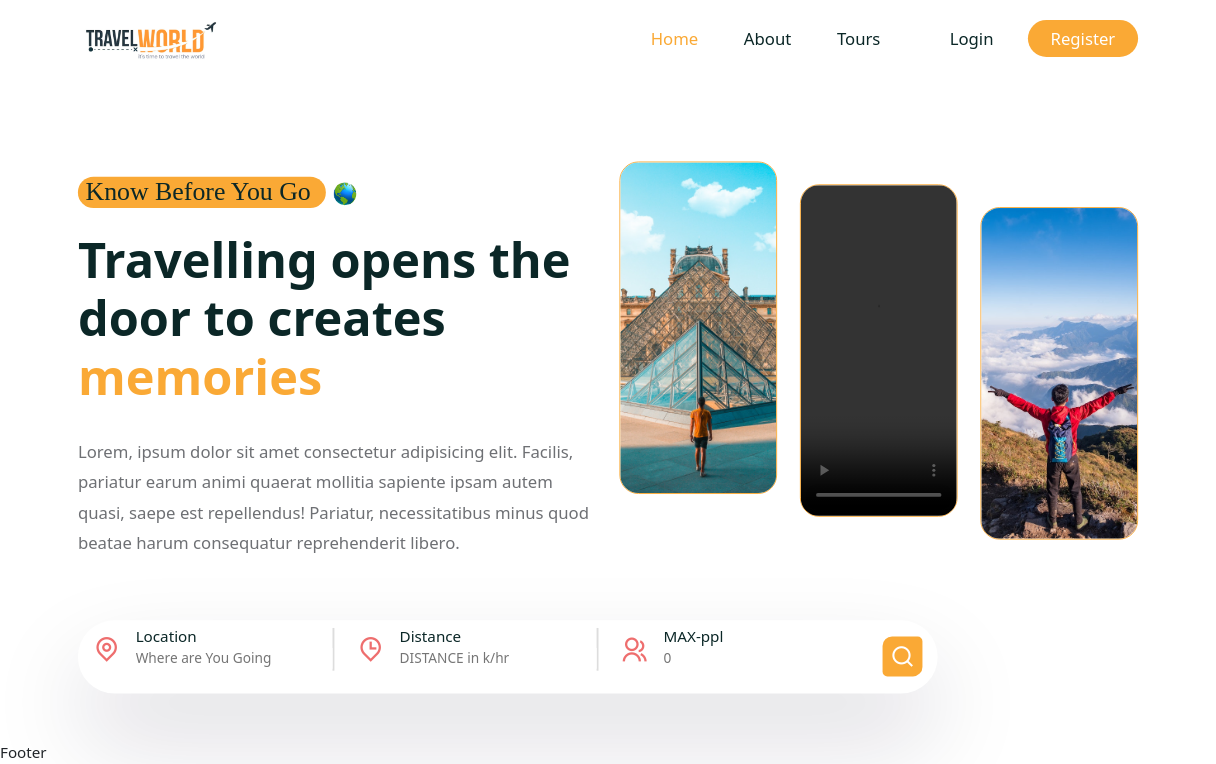
Repository: remydev47/travell-agency
Page: /
The author's editor kept a copy of each file at every save. The page is drawn from the files as they stood at one save, then again after the next save.
The browser window is 1280 px wide. The pictures show the whole page, at 95% of full size.
Pictures or frames that could not be fetched are drawn as grey boxes. Some web fonts or font styles are not loaded; a fallback is used. The project was rebuilt for these pictures with package versions that can differ from the ones it lists, and the page was loaded fresh each time. Also part of the build but not shown: vite.config.js, src/pages/Login.jsx, src/pages/TourDetails.jsx, src/pages/Tours.jsx, src/pages/SearchResultList.jsx, src/pages/Register.jsx. Imported but missing from the stored project, and not drawn on this page: src/assets/images/hero-video.mp4.

Above is the page before, as saved 2023-02-02 11:31:05.

### src/main.jsx
import React from 'react'
import ReactDOM from 'react-dom/client'
import App from './App'
import "bootstrap/dist/css/bootstrap.min.css";
import "remixicon/fonts/remixicon.css";
import "slick-carousel/slick/slick.css";
import "slick-carousel/slick/slick-theme.css";
import { BrowserRouter } from 'react-router-dom';

ReactDOM.createRoot(document.getElementById('root')).render(
  <React.StrictMode>
    <BrowserRouter>
      <App />
    </BrowserRouter>
  </React.StrictMode>,
)

### src/App.jsx
import { useState } from 'react'
import './App.css'
import Layout from './components/Layout/Layout'

function App() {
  return (
    <>
      <Layout />
    </>
  )
}

export default App

### src/components/Layout/Layout.jsx
import React from 'react';
import Header from '../Header/Header';
import Footer from '../Footer/Footer';
import Routers from '../../router/Routers';

const Layout = () => {
  return (
   <>
     <Header />
     <Routers />
     <Footer />
   </>
  )
}

export default Layout

### src/components/Header/Header.jsx
import React from 'react';
import { Container, Row, Button } from 'reactstrap';
import { NavLink, Link  } from 'react-router-dom';
import logo from "../../assets/images/logo.png";
import './header.css';

const nav__links=[
  {
    path:'/home',
    display: 'Home'
  },
  {
    path:'/about',
    display: 'About'
  },
  {
    path:'/tours',
    display: 'Tours'
  },
]

const Header = () => {
  return (
    <header className="header">
      <Container>
        <Row>
          <div className="nav__wrapper d-flex align-items-center
           justify-content-between ">
            {/* Logo start */}
            <div className="logo">
              <img src={logo} />
            </div>
            {/* Logo ends */}

            {/* menu starts */}
            <div className="navigation">
              <ul className="menu d-flex align-items-center gap-5">
                {nav__links.map((item, index) => (
                  <li className="nav__item" key={index}>
                    <NavLink
                     to={item.path}
                     className={navClass=> navClass.isActive ? 'active__link' : ''}
                     >
                      {item.display}
                    </NavLink>
                  </li>
                ))}
              </ul>
            </div>
            {/* menu ends */}

            <div className="nav__right d-flex align-items-center gap-4">
              <div className="nav__btns d-flex align-items-center gap-4">
                <Button className='btn secondary__btn '>
                  <Link to="/login">Login</Link>
                </Button>

                <Button className='btn primary__btn '>
                  <Link to="/register">Register</Link>
                </Button>
              </div>
            </div>

          </div>
        </Row>
      </Container>
    </header>
  )
}

export default Header

### src/router/Routers.js
import React from 'react';
import { Routes, Route, Navigate } from 'react-router-dom';

import { SearchResultList, Tours, TourDetails, Login, Register, Home } from '../pages';

const Routers = () => {
  return (
    <Routes>
        <Route path="/" element={<Navigate to='/home' />} />
        <Route path="/home" element={<Home />} />
        <Route path="/tours" element={<Tours />} />
        <Route path="/tours:id" element={<TourDetails />} />
        <Route path="/login" element={<Login />} />
        <Route path="/register" element={<Register />} />
        <Route path="/tours/search" element={<SearchResultList />} />
    </Routes>
  )
}

export default Routers

### src/components/Header/header.css
.header{
    width: 100%;
    height: 80px;
    line-height: 80px;
}

.logo img{
    width: 30%;
}

.menu{
    margin-bottom: 0;
}

.nav__item a{
    text-decoration: none;
    color: var(--heading-color);
    font-weight: 500;
    font-size: 1.1rem;
}

.nav__item a:hover{
    color: inherit;
}

.nav__item a.active__link{
    color: var(--secondary-color);
}

.mobile__menu{
    font-size: 1.3rem;
    color: var(--heading-color);
    display: none;
}

.stick__header{
    width: 100%;
    height: 80px;
    line-height: 80px;
    background: #fff;
    position: sticky;
    top: 0;
    left: 0;
    box-shadow: 3ps 3px 8px #ddd;
    z-index: 999;
}

### src/pages/index.js
import Home from "./Home"
import Login from "./Login";
import TourDetails from "./TourDetails";
import Tours from "./Tours";
import SearchResultList from "./SearchResultList";
import Register from "./Register";

export {
    Home, Tours, TourDetails, Login, SearchResultList, Register
}

### src/pages/Home.jsx
import React from 'react';
import '../styles/home.css';
import  { Container, Row, Col } from 'reactstrap';
import heroImg from '../assets/images/hero-img01.jpg';
import heroImg02 from '../assets/images/hero-img02.jpg';
import heroVideo from '../assets/images/hero-video.mp4';
import worldImg from '../assets/images/world.png'
import Subtitle from '../shared/Subtitle';
import SearchBar from '../shared/SearchBar';

const Home = () => {
  return (
    <>
     <section>
      <Container>
        <Row>
          <Col lg="6">
            <div className='hero__content'>
              <div className="hero__subtitle d-flex align-items-center">
                <Subtitle subtitle={'Know Before You Go'}/>
                <img src={worldImg} alt=''/>
              </div>
              <h1>Travelling opens the door to creates <span className="highlight">memories</span> </h1>
              <p className="">Lorem, ipsum dolor sit amet consectetur adipisicing elit. Facilis, pariatur earum animi quaerat mollitia sapiente ipsam autem quasi, saepe est repellendus! Pariatur, necessitatibus minus quod beatae harum consequatur reprehenderit libero.</p>
            </div>
          </Col>

          <Col lg='2'>
            <div className="hero__img-box">
              <img src={heroImg} alt=''/>
            </div>
          </Col>

          <Col lg='2'>
            <div className="hero__img-box mt-4">
              <video src={heroVideo} alt='' controls/>
            </div>
          </Col>

          <Col lg='2'>
            <div className="hero__img-box mt-5">
              <img src={heroImg02} alt=''/>
            </div>
          </Col>

          <SearchBar />

        </Row>
      </Container>
     </section>
    </>
  )
}

export default Home

### src/styles/home.css
.hero__subtitle img{
    width: 2.5rem;
    height: 2.5rem;
}

.hero__content h1{
    font-size: 3.2rem;
    font-weight: 600;
    margin-top: 1rem;
    margin-bottom: 2rem;
    color: var(--heading-color);
}

.hero__content h1 .highlight{
    color: var(--secondary-color);
}

.hero__content p{
    font-size: 1.1rem;
    color: var(--text-color);
    line-height: 2rem;
}

.hero__img-box img,
.hero__img-box video {
    width: 100%;
    height: 350px;
    border-radius: 20px;
    border: 1px solid var(--secondary-color);
    object-fit: cover;
}

.hero__content{
    padding-top: 3.5rem;
}

.hero__img-box{
    padding-top: 2.5rem;
}

### src/shared/Subtitle.jsx
import React from 'react'

const Subtitle = ({ subtitle }) => {
  return (
    <h3 className='section__subtitle'>{subtitle}</h3>
  )
}

export default Subtitle

### src/shared/SearchBar.jsx
import React, { useRef } from 'react'
import './search-bar.css'
import { Col, Form, FormGroup } from 'reactstrap'

const SearchBar = () => {
    const locationRef = useRef('');
    const distanceRef = useRef(0);
    const maxGroupSizeRef = useRef(0);

    const searchHandler = () =>{
        const location = locationRef.current.value
        const distance = distanceRef.current.value
        const maxGroupSize = maxGroupSizeRef.current.value

        if (location === "" || distance === "" || maxGroupSize === "") {
            return alert('All fields are required')
        }
    }


  return (
    <Col lg='12'>
        <div className="search__bar">
            <Form className='d-flex align-items-center gap-4'>
                <FormGroup className='d-flex gap-3 form__group form__group-fast'>
                    <span><i class="ri-map-pin-line"></i></span>
                    <div>
                        <h6>Location</h6>
                        <input type="text" placeholder="Where are You Going" ref={locationRef}/>
                    </div>
                </FormGroup>

                <FormGroup className='d-flex gap-3 form__group form__group-fast'>
                    <span><i class="ri-map-pin-time-line"></i></span>
                    <div>
                        <h6>Distance</h6>
                        <input type="number" placeholder="DISTANCE in k/hr" ref={distanceRef}/>
                    </div>
                </FormGroup>

                <FormGroup className='d-flex gap-3 form__group form__group-last'>
                    <span><i class="ri-group-line"></i></span>
                    <div>
                        <h6>MAX-ppl</h6>
                        <input type="number" placeholder="0" ref={maxGroupSizeRef}/>
                    </div>
                </FormGroup>

                <span className="search__icon" type="submit" onClick={searchHandler}>
                    <i class='ri-search-line'></i>
                </span>
            </Form>
        </div>
    </Col>
  )
}

export default SearchBar

### src/shared/search-bar.css
.search__bar{
    padding: 0.5rem 1rem;
    border-radius: 50px;
    box-shadow: rgba(17, 12, 46, 0.15) 0px 48px 100px 0px;
    width: max-content;
    margin-top: 50px;
}

.form__group span{
    font-size: 1.8rem;
    color:#ee6e6e ;
}

.form__group input {
    border: none;
    font-size: 0.9rem;
    color: var(--heading-color);
}

.form__group input:focus{
    outline: none;
}

.form__group h6{
    margin-bottom: 0;
}

.form__group-fast{
    border-right: 2px solid #ddd;
}

.search__icon i{
    font-size: 1.6rem;
    padding: 0.5rem;
    background: var(--secondary-color);
    color: #fff;
    border-radius: 10px 5px  10px 5px;
    cursor: pointer;
}

Loaded but not shown: index.html (common file); src/App.css (common file); src/components/Footer/Footer.jsx (common file)

After the next save:
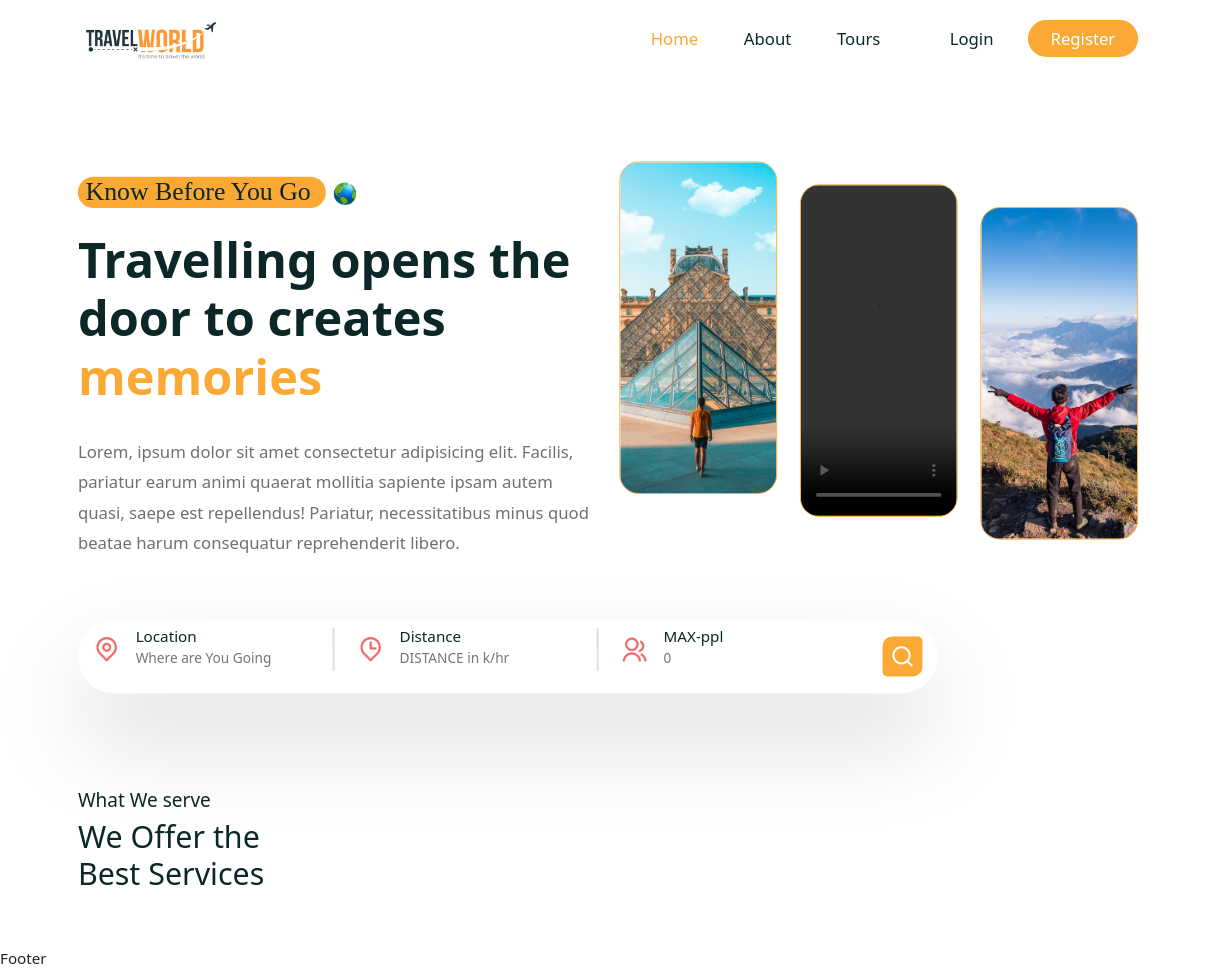
Saved 4 min 11 s later.
--- a/src/pages/Home.jsx
+++ b/src/pages/Home.jsx
@@ -44,7 +44,16 @@ const Home = () => {
           </Col>
 
           <SearchBar />
-
+        </Row>
+      </Container>
+     </section>
+     <section>
+      <Container>
+        <Row>
+          <Col lg="3">
+            <h5 className="services__subtitle">What We serve</h5>
+            <h2 className='services__title'>We Offer the Best Services</h2>
+          </Col>
         </Row>
       </Container>
      </section>
